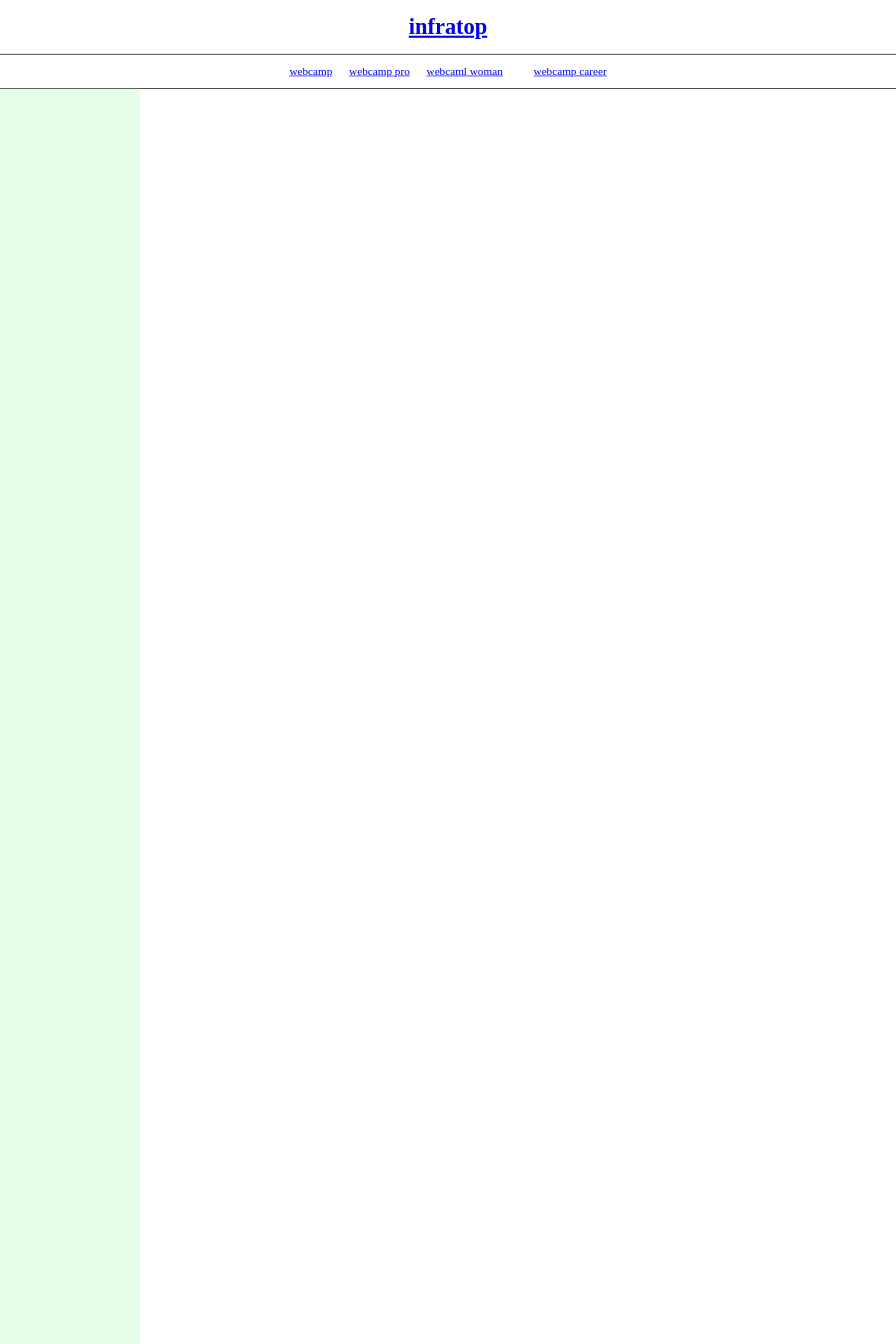
Repository: TsuKou/MainContents
Page: chapter5/index5.html
The author's editor kept a record of every edit. The page is drawn from the files as they stood at one moment, then again after the next edit.
The browser window is 1280 px wide. The pictures show the part of the page from y = 0 to 1920 px (the page is 2327 px tall before and 2647 px after), at 70% of full size.

Above is the page before.

### chapter5/index5.html
<!DOCTYPE html>
<html lang="ja">
  <head>
    <meta charset="UTF-8" />
    <link rel="stylesheet" href="style5.css" />
    <title>infratop</title>
  </head>

<body>
  <header>
    <h1 class="heading">
      <a href="index5.html">
        infratop
      </a>
    </h1>
  </header>

<nav>
  <ul class="nav-list">
    <li class="nav-list-item">
      <a href="https://web-camp.io/">webcamp</a>
    </li
    <li class="nav-list-item">
      <a href="https://web-camp.io/commit/">webcamp pro</a>
    </li>
    <li class="nav-list-item">
      <a href="https://web-camp.io/">webcaml woman</a>
    </li>
    <li class="nav-list-item">
      <a href="https://web-camp.io/commit/">webcamp career</a>
    </li>
  </ul>
</nav>

<main>
  <div class="color-box1"></div>
  <div class="color-box1"></div>
  <div class="color-box1"></div>
  <div class="color-box1"></div>
  <div class="color-box1"></div>
  <div class="color-box1"></div>
  <div class="color-box1"></div>
  <div class="color-box1"></div>
  <div class="color-box1"></div>
  <div class="color-box1"></div>
  <div class="color-box1"></div>
</main>

</body>

### chapter5/style5.css
* {
  margin: 0;
  padding: 0;
  box-sizing: border-box;
}

header {
  width: 100%;
  padding: 20px 0;
  text-align: center;
}

.nav-list {
  text-align: center;
  padding: 15px 0;
  margin: 0 auto;
  border-top: 1px solid #000000;
  border-bottom: 1px solid #000000;
}

.nav-list-item {
  list-style: none;
  display: inline-block;
  margin: 0 20px;
}

.main {
  width: 800px;
  margin: 50px auto;
  display: flex;
  flex-wrap: wrap;
}

.color-box1 {
  width: 200px;
  height: 200px;
  background-color: #e6ffe9;
}

.color-box2 {
  width: 200px;
  height: 200px;
  background-color: #cbffd3;
}

.color-box3 {
  width: 200px;
  height: 200px;
  background-color: #aeffbd;
}

.color-box4 {
  width: 200px;
  height: 200px;
  background-color: #93ffad;
}

.color-box5 {
  width: 200px;
  height: 200px;
  background-color: #f3ffd8;
}

.color-box6 {
  width: 200px;
  height: 200px;
  background-color: #edffbe;
}

.color-box7 {
  width: 200px;
  height: 200px;
  background-color: #e9ffa5;
}

.color-box8 {
  width: 200px;
  height: 200px;
  background-color: #e4ff8d;
}

.color-box9 {
  width: 200px;
  height: 200px;
  background-color: #d9e5ff;
}

.color-box10 {
  width: 200px;
  height: 200px;
  background-color: #bad3ff;
}

.color-box11 {
  width: 200px;
  height: 200px;
  background-color: #a4c6ff;
}

.color-box12 {
  width: 200px;
  height: 200px;
  background-color: #8eb8ff;
}

footer {
  width: 100%;
  height: 120px;
  text-align: center;
  line-height: 120px;
  background-color: #848282;
}

.footer-text {
  color: #fff
}

After the next edit:
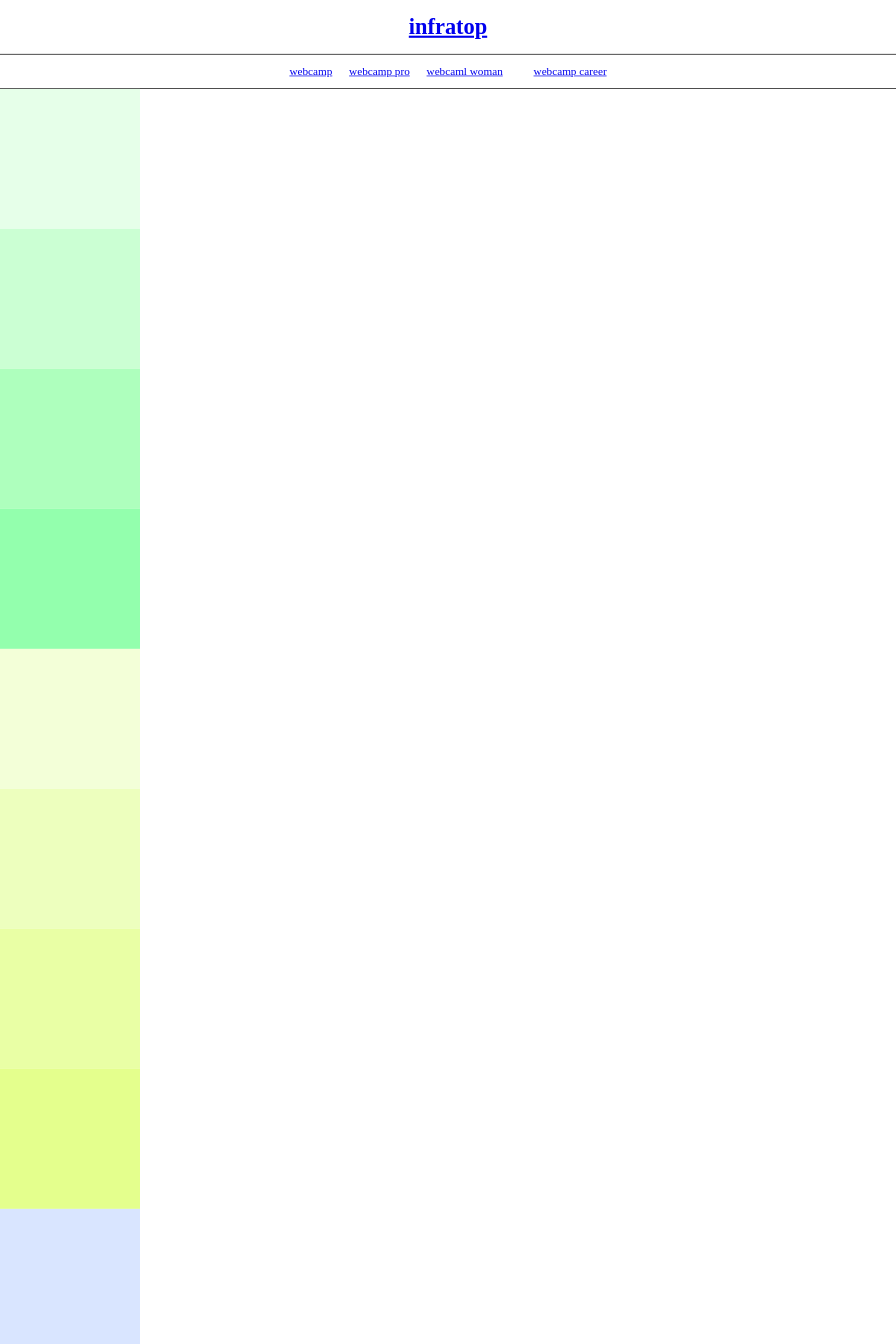
The edit:
--- a/chapter5/index5.html
+++ b/chapter5/index5.html
@@ -34,16 +34,21 @@
 
 <main>
   <div class="color-box1"></div>
-  <div class="color-box1"></div>
-  <div class="color-box1"></div>
-  <div class="color-box1"></div>
-  <div class="color-box1"></div>
-  <div class="color-box1"></div>
-  <div class="color-box1"></div>
-  <div class="color-box1"></div>
-  <div class="color-box1"></div>
-  <div class="color-box1"></div>
-  <div class="color-box1"></div>
+  <div class="color-box2"></div>
+  <div class="color-box3"></div>
+  <div class="color-box4"></div>
+  <div class="color-box5"></div>
+  <div class="color-box6"></div>
+  <div class="color-box7"></div>
+  <div class="color-box8"></div>
+  <div class="color-box9"></div>
+  <div class="color-box10"></div>
+  <div class="color-box11"></div>
+  <div class="color-box12"></div>
 </main>
 
+<footer>
+  <p class="footer-text">© All rights reserved by Infratop.Inc.</p>
+</footer>
+
 </body>
